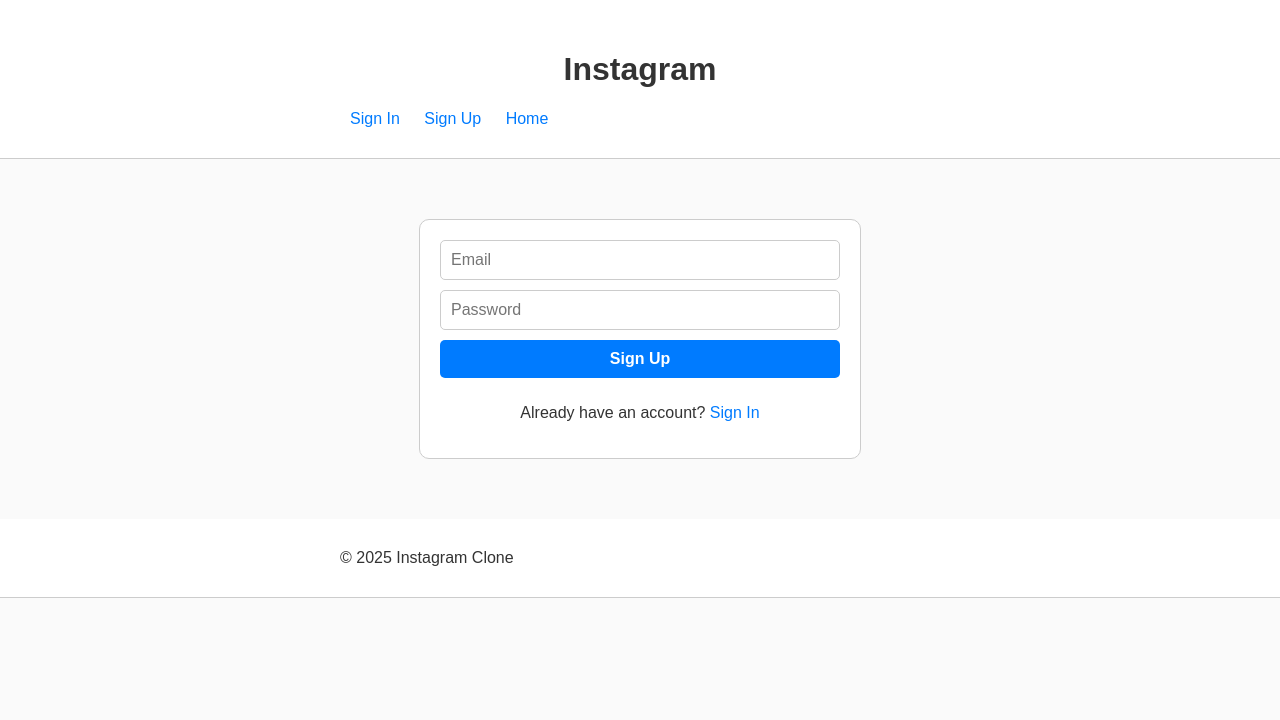
Repository: burhannaseer/CloudClips
Page: signup.html
An editor plug-in stored every save of this project. The page is shown before and after the next save, followed by the edit.
The browser window is 1280 px wide. The pictures show the whole page.

Above is the page before, as saved 2025-05-06 02:39:58.

After the next save:
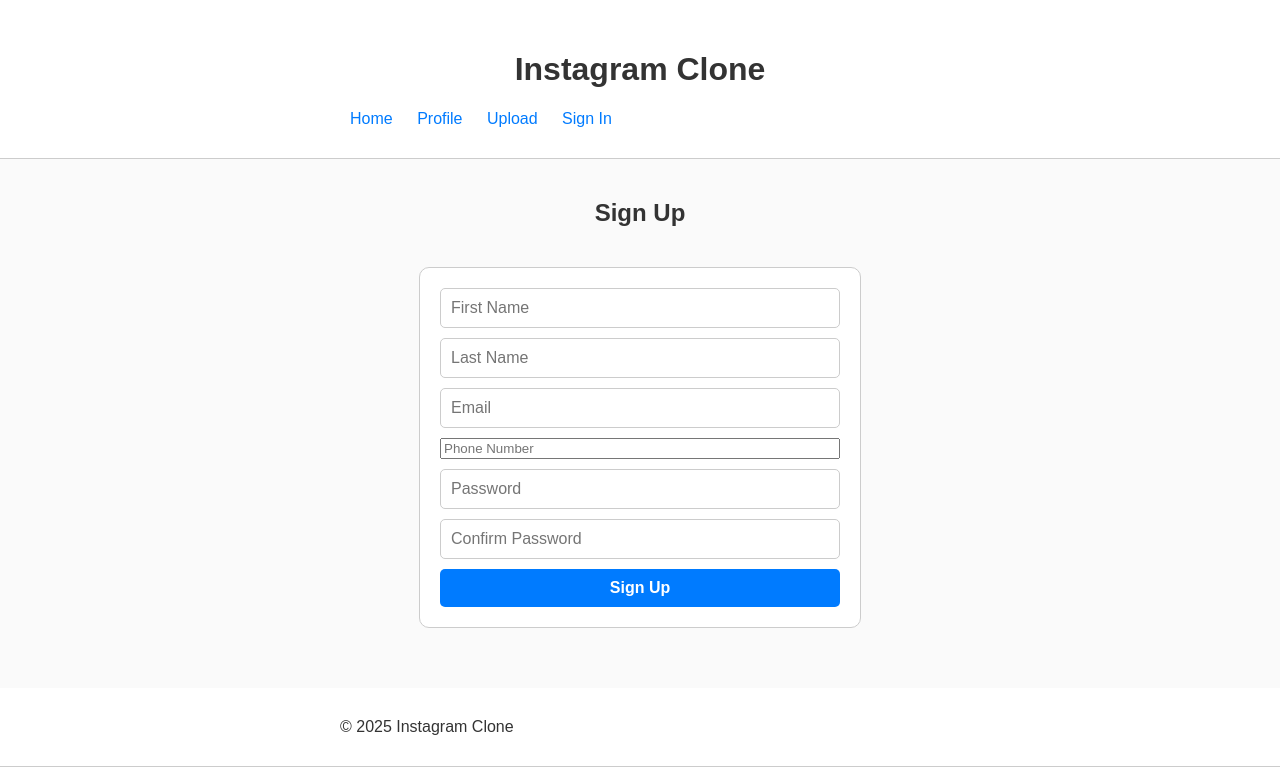
Saved 78 s later.
--- a/signup.html
+++ b/signup.html
@@ -9,21 +9,26 @@
 <body>
   <header>
     <div class="container">
-      <h1>Instagram</h1>
+      <h1>Instagram Clone</h1>
       <nav>
+        <a href="index.html">Home</a>
+        <a href="profile.html">Profile</a>
+        <a href="upload.html">Upload</a>
         <a href="signin.html">Sign In</a>
-        <a href="signup.html">Sign Up</a>
-        <a href="index.html">Home</a>
       </nav>
     </div>
   </header>
 
   <main class="container">
+    <h2>Sign Up</h2>
     <form id="signupForm">
-      <input type="email" id="emailInput" placeholder="Email" required />
-      <input type="password" id="passwordInput" placeholder="Password" required />
+      <input type="text" id="firstName" placeholder="First Name" required />
+      <input type="text" id="lastName" placeholder="Last Name" required />
+      <input type="email" id="email" placeholder="Email" required />
+      <input type="tel" id="phone" placeholder="Phone Number" required />
+      <input type="password" id="password" placeholder="Password" required />
+      <input type="password" id="confirmPassword" placeholder="Confirm Password" required />
       <button type="submit">Sign Up</button>
-      <p>Already have an account? <a href="signin.html">Sign In</a></p>
     </form>
   </main>
 
